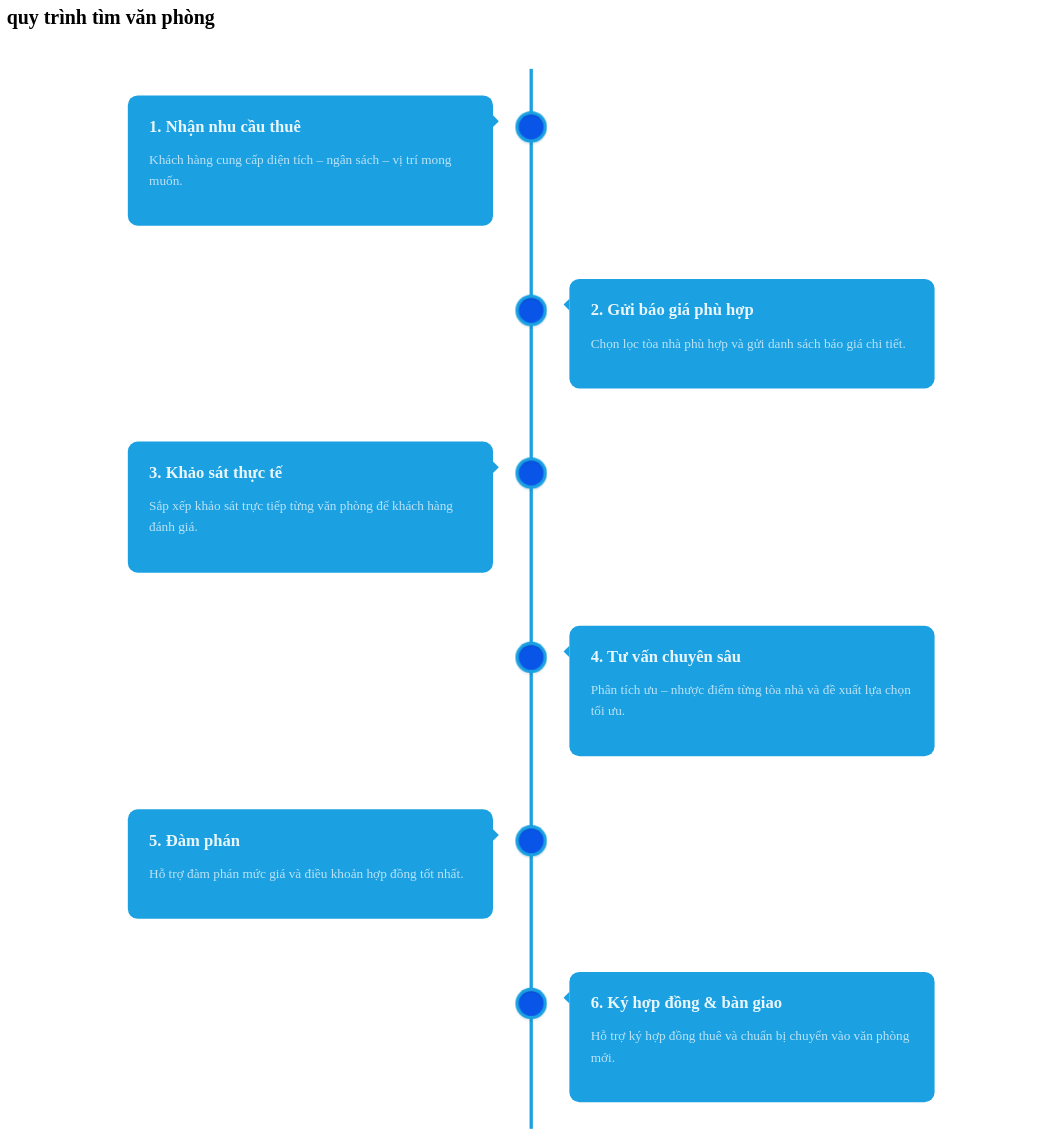
Repository: lannguyen1301/anphuholdings-main
Page: partials/home/quy-trinh-tim-van-phong-2.html
The author's editor kept a copy of each file at every save. The page is drawn from the files as they stood at one save, then again after the next save.
The browser window is 1280 px wide. The pictures show the whole page, at 83% of full size.

Above is the page before, as saved 2026-01-03 09:35:09.

After the next save:
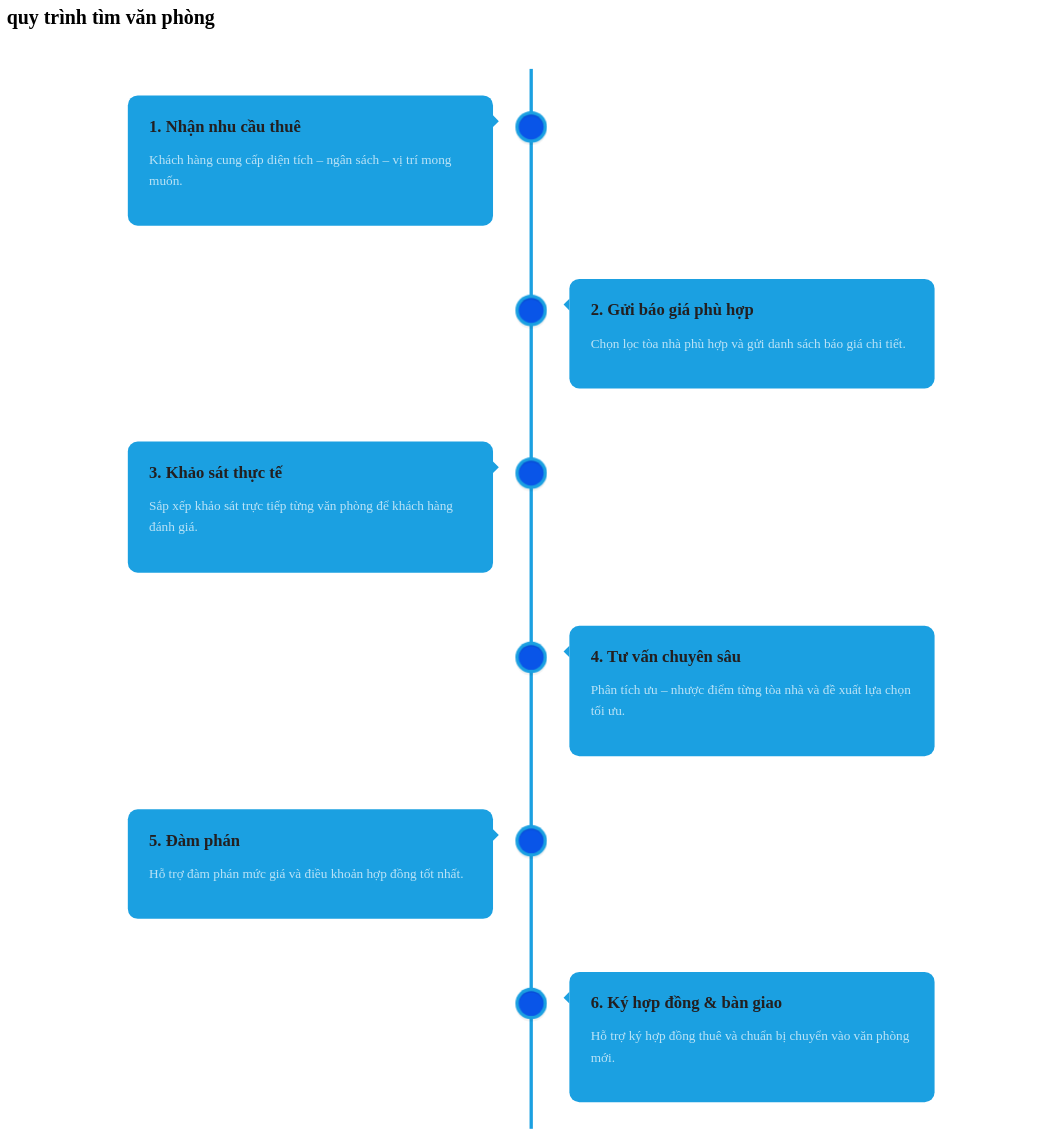
Saved 3 min 27 s later.
--- a/partials/home/quy-trinh-tim-van-phong-2.html
+++ b/partials/home/quy-trinh-tim-van-phong-2.html
@@ -183,8 +183,9 @@ Main components
         clear: both;
     }
 
-    .cd-timeline-content h3 {
-        color: rgba(255, 255, 255, .9);
+    .cd-timeline-content h3.procedure {
+        /* color: rgba(255, 255, 255, .9); */
+        color: #231F20;
         margin-top: 0;
         margin-bottom: 5px;
     }
